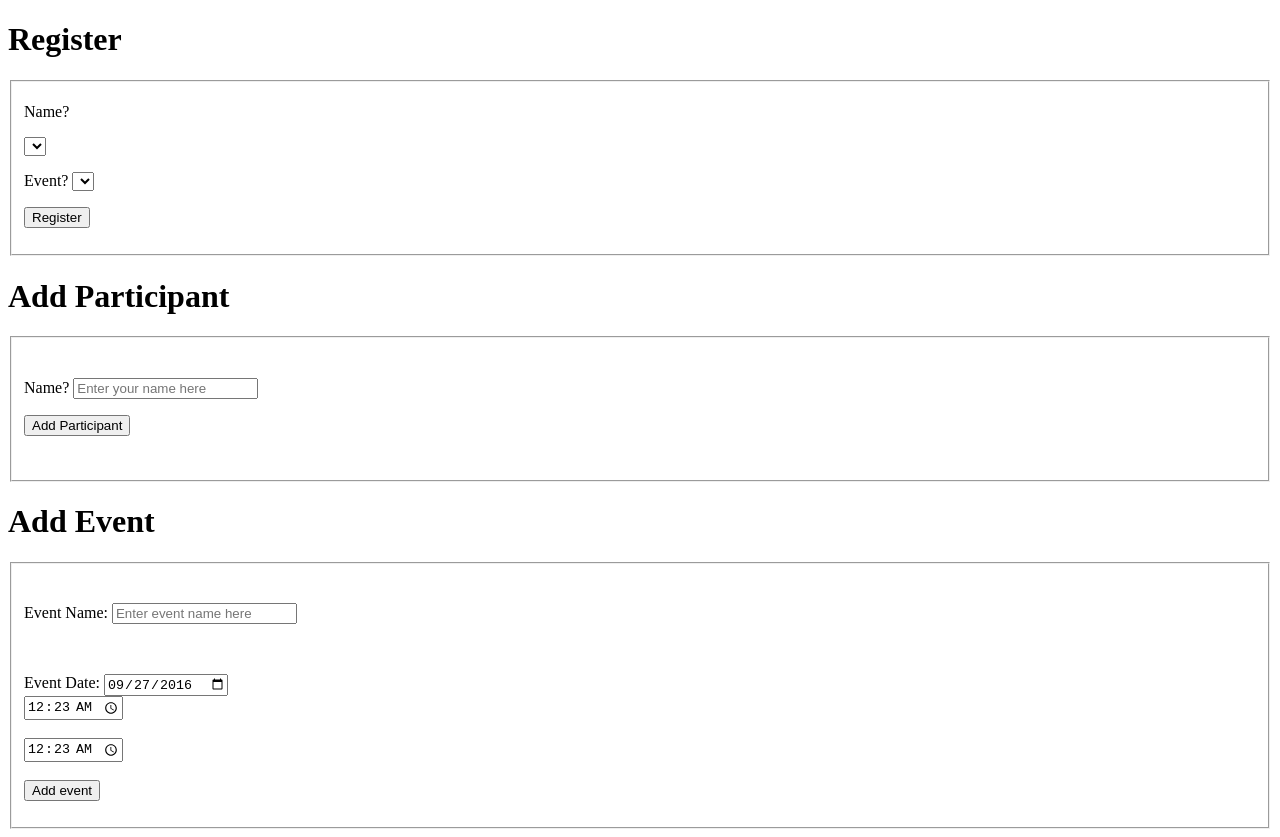
Repository: erickzhao/Event-Registration-Application
Page: http://localhost/
The author's editor kept a copy of each file at every save. The page is drawn from the files as they stood at one save, then again after the next save.
The browser window is 1280 px wide. The pictures show the whole page.
The page is run by PHP 8.4 with error messages shown; the project is at /var/www/html/.

Above is the page before, as saved 2016-09-28 05:14:47.

### workspace-web/EventRegistration/EventRegistration/index.php
<!DOCTYPE html>
<html>
	<head>
		<meta charset="UTF-8">
		<title> Event Registration </title>
		<style>
			.error {color:#FF0000;}
		</style>
	</head>
	<body>
		<?php
			require_once "model/Participant.php";
			require_once "model/Registration.php";
			require_once "model/RegistrationManager.php";
			require_once "model/Event.php";
			require_once "persistence/PersistenceEventRegistration.php";
			session_start();

			//Retreive data from the model
			$pm = new PersistenceEventRegistration();
			$rm = $pm->loadDataFromStore();

			echo "<h1>Register</h1>";
			echo "<form action='register.php' method='post'>";
			echo "<fieldset>";
			echo "<p>Name?</p> <select name='participantspinner'>";
			foreach ($rm->getParticipants() as $participant){
				echo "<option>" . $participant->getName() . "</option>";
			}
			echo "</select><span class='error'>";
			if (isset($_SESSION['errorRegisterParticipant']) && !empty($_SESSION['errorRegisterParticipant'])){
				echo " * " . $_SESSION["errorRegisterParticipant"];
			}
			echo "</span></p>";
			echo "<p>Event? <select name='eventspinner'>";
			foreach ($rm->getEvents() as $event){
				echo "<option>" . $event->getName() . "</option>";
			}
			echo "</select><span class='error'>";
			if (isset($_SESSION['errorRegisterEvent']) && !empty($_SESSION['errorRegisterEvent'])){
				echo " * " . $_SESSION["errorRegisterEvent"];
			}
			echo "</span></p>";
			echo "<p><input type='submit' value='Register'/></p>";
			echo "</fieldset>";
			echo "</form>";
		?>
		<h1> Add Participant </h1>
		<form action = "addparticipant.php" method="post">
			<fieldset>
			<br>
			<p>Name? <input type="text" name="participant_name" placeholder="Enter your name here"/>
			<span class="error">
			<?php
			if (isset($_SESSION['errorParticipantName']) && !empty($_SESSION['errorParticipantName'])){
				echo " * " . $_SESSION["errorParticipantName"];
			}
			?>
			</span></p>
			<p><input type="submit" value="Add Participant"/></p>
			<br>
			</fieldset>
		</form>

		<h1>Add Event</h1>
		<form action = "addevent.php" method="post">
			<fieldset>
			<br>
			<p> Event Name: <input type="text" name="event_name" placeholder="Enter event name here"/><br>
			<span class="error">
			<?php
			if (isset($_SESSION['errorEventName']) && !empty($_SESSION['errorEventName'])){
				echo " * " . $_SESSION["errorEventName"];
			}
			?>
			</span></p>
			<br>
			<p> Event Date: <input type="date" name="event_date" value="<?php echo date('Y-m-d'); ?>" />
			<span class="error">
			<?php
			if (isset($_SESSION['errorEventDate']) && !empty($_SESSION['errorEventDate'])){
				echo " * " . $_SESSION["errorEventDate"];
			}
			?>
			</span>
			<br>
			<input type="time" name="starttime" value="<?php echo date('H:i'); ?>" /> <br>
			<span class="error">
			<?php
			if (isset($_SESSION['errorEventstarttime']) && !empty($_SESSION['errorEventstarttime'])){
				echo " * " . $_SESSION["errorEventstarttime"];
			}
			?>
			</span>
			<br>
			<input type="time" name="endtime" value="<?php echo date('H:i'); ?>" /> <br>
			<span class="error">
			<?php
			if (isset($_SESSION['errorEventendtime']) && !empty($_SESSION['errorEventendtime'])){
				echo " * " . $_SESSION["errorEventendtime"];
			}
			?>
			</span>
			<br>
			<input type="submit" value="Add event">
			<br>
			</fieldset>
		</form>
	</body>
</html>

### workspace-web/EventRegistration/EventRegistration/model/Participant.php
<?php
/*PLEASE DO NOT EDIT THIS CODE*/
/*This code was generated using the UMPLE 1.22.0.5146 modeling language!*/

class Participant
{

  //------------------------
  // MEMBER VARIABLES
  //------------------------

  //Participant Attributes
  private $name;

  //------------------------
  // CONSTRUCTOR
  //------------------------

  public function __construct($aName)
  {
    $this->name = $aName;
  }

  //------------------------
  // INTERFACE
  //------------------------

  public function setName($aName)
  {
    $wasSet = false;
    $this->name = $aName;
    $wasSet = true;
    return $wasSet;
  }

  public function getName()
  {
    return $this->name;
  }

  public function equals($compareTo)
  {
    return $this == $compareTo;
  }

  public function delete()
  {}

}
?>

### workspace-web/EventRegistration/EventRegistration/model/Registration.php
<?php
/*PLEASE DO NOT EDIT THIS CODE*/
/*This code was generated using the UMPLE 1.22.0.5146 modeling language!*/

class Registration
{

  //------------------------
  // STATIC VARIABLES
  //------------------------

  private static $nextId = 1;

  //------------------------
  // MEMBER VARIABLES
  //------------------------

  //Autounique Attributes
  private $id;

  //Registration Associations
  private $participant;
  private $event;

  //------------------------
  // CONSTRUCTOR
  //------------------------

  public function __construct($aParticipant, $aEvent)
  {
    $this->id = self::$nextId++;
    if (!$this->setParticipant($aParticipant))
    {
      throw new Exception("Unable to create Registration due to aParticipant");
    }
    if (!$this->setEvent($aEvent))
    {
      throw new Exception("Unable to create Registration due to aEvent");
    }
  }

  //------------------------
  // INTERFACE
  //------------------------

  public function getId()
  {
    return $this->id;
  }

  public function getParticipant()
  {
    return $this->participant;
  }

  public function getEvent()
  {
    return $this->event;
  }

  public function setParticipant($aNewParticipant)
  {
    $wasSet = false;
    if ($aNewParticipant != null)
    {
      $this->participant = $aNewParticipant;
      $wasSet = true;
    }
    return $wasSet;
  }

  public function setEvent($aNewEvent)
  {
    $wasSet = false;
    if ($aNewEvent != null)
    {
      $this->event = $aNewEvent;
      $wasSet = true;
    }
    return $wasSet;
  }

  public function equals($compareTo)
  {
    return $this == $compareTo;
  }

  public function delete()
  {
    $this->participant = null;
    $this->event = null;
  }

}
?>

### workspace-web/EventRegistration/EventRegistration/model/RegistrationManager.php
<?php
/*PLEASE DO NOT EDIT THIS CODE*/
/*This code was generated using the UMPLE 1.22.0.5146 modeling language!*/

class RegistrationManager
{

  //------------------------
  // STATIC VARIABLES
  //------------------------

  private static $theInstance = null;

  //------------------------
  // MEMBER VARIABLES
  //------------------------

  //RegistrationManager Associations
  private $registrations;
  private $participants;
  private $events;

  //------------------------
  // CONSTRUCTOR
  //------------------------

  private function __construct()
  {
    $this->registrations = array();
    $this->participants = array();
    $this->events = array();
  }

  public static function getInstance()
  {
    if(self::$theInstance == null)
    {
      self::$theInstance = new RegistrationManager();
    }
    return self::$theInstance;
  }

  //------------------------
  // INTERFACE
  //------------------------

  public function getRegistration_index($index)
  {
    $aRegistration = $this->registrations[$index];
    return $aRegistration;
  }

  public function getRegistrations()
  {
    $newRegistrations = $this->registrations;
    return $newRegistrations;
  }

  public function numberOfRegistrations()
  {
    $number = count($this->registrations);
    return $number;
  }

  public function hasRegistrations()
  {
    $has = $this->numberOfRegistrations() > 0;
    return $has;
  }

  public function indexOfRegistration($aRegistration)
  {
    $wasFound = false;
    $index = 0;
    foreach($this->registrations as $registration)
    {
      if ($registration->equals($aRegistration))
      {
        $wasFound = true;
        break;
      }
      $index += 1;
    }
    $index = $wasFound ? $index : -1;
    return $index;
  }

  public function getParticipant_index($index)
  {
    $aParticipant = $this->participants[$index];
    return $aParticipant;
  }

  public function getParticipants()
  {
    $newParticipants = $this->participants;
    return $newParticipants;
  }

  public function numberOfParticipants()
  {
    $number = count($this->participants);
    return $number;
  }

  public function hasParticipants()
  {
    $has = $this->numberOfParticipants() > 0;
    return $has;
  }

  public function indexOfParticipant($aParticipant)
  {
    $wasFound = false;
    $index = 0;
    foreach($this->participants as $participant)
    {
      if ($participant->equals($aParticipant))
      {
        $wasFound = true;
        break;
      }
      $index += 1;
    }
    $index = $wasFound ? $index : -1;
    return $index;
  }

  public function getEvent_index($index)
  {
    $aEvent = $this->events[$index];
    return $aEvent;
  }

  public function getEvents()
  {
    $newEvents = $this->events;
    return $newEvents;
  }

  public function numberOfEvents()
  {
    $number = count($this->events);
    return $number;
  }

  public function hasEvents()
  {
    $has = $this->numberOfEvents() > 0;
    return $has;
  }

  public function indexOfEvent($aEvent)
  {
    $wasFound = false;
    $index = 0;
    foreach($this->events as $event)
    {
      if ($event->equals($aEvent))
      {
        $wasFound = true;
        break;
      }
      $index += 1;
    }
    $index = $wasFound ? $index : -1;
    return $index;
  }

  public static function minimumNumberOfRegistrations()
  {
    return 0;
  }

  public function addRegistration($aRegistration)
  {
    $wasAdded = false;
    if ($this->indexOfRegistration($aRegistration) !== -1) { return false; }
    $this->registrations[] = $aRegistration;
    $wasAdded = true;
    return $wasAdded;
  }

  public function removeRegistration($aRegistration)
  {
    $wasRemoved = false;
    if ($this->indexOfRegistration($aRegistration) != -1)
    {
      unset($this->registrations[$this->indexOfRegistration($aRegistration)]);
      $this->registrations = array_values($this->registrations);
      $wasRemoved = true;
    }
    return $wasRemoved;
  }

  public function addRegistrationAt($aRegistration, $index)
  {
    $wasAdded = false;
    if($this->addRegistration($aRegistration))
    {
      if($index < 0 ) { $index = 0; }
      if($index > $this->numberOfRegistrations()) { $index = $this->numberOfRegistrations() - 1; }
      array_splice($this->registrations, $this->indexOfRegistration($aRegistration), 1);
      array_splice($this->registrations, $index, 0, array($aRegistration));
      $wasAdded = true;
    }
    return $wasAdded;
  }

  public function addOrMoveRegistrationAt($aRegistration, $index)
  {
    $wasAdded = false;
    if($this->indexOfRegistration($aRegistration) !== -1)
    {
      if($index < 0 ) { $index = 0; }
      if($index > $this->numberOfRegistrations()) { $index = $this->numberOfRegistrations() - 1; }
      array_splice($this->registrations, $this->indexOfRegistration($aRegistration), 1);
      array_splice($this->registrations, $index, 0, array($aRegistration));
      $wasAdded = true;
    }
    else
    {
      $wasAdded = $this->addRegistrationAt($aRegistration, $index);
    }
    return $wasAdded;
  }

  public static function minimumNumberOfParticipants()
  {
    return 0;
  }

  public function addParticipant($aParticipant)
  {
    $wasAdded = false;
    if ($this->indexOfParticipant($aParticipant) !== -1) { return false; }
    $this->participants[] = $aParticipant;
    $wasAdded = true;
    return $wasAdded;
  }

  public function removeParticipant($aParticipant)
  {
    $wasRemoved = false;
    if ($this->indexOfParticipant($aParticipant) != -1)
    {
      unset($this->participants[$this->indexOfParticipant($aParticipant)]);
      $this->participants = array_values($this->participants);
      $wasRemoved = true;
    }
    return $wasRemoved;
  }

  public function addParticipantAt($aParticipant, $index)
  {
    $wasAdded = false;
    if($this->addParticipant($aParticipant))
    {
      if($index < 0 ) { $index = 0; }
      if($index > $this->numberOfParticipants()) { $index = $this->numberOfParticipants() - 1; }
      array_splice($this->participants, $this->indexOfParticipant($aParticipant), 1);
      array_splice($this->participants, $index, 0, array($aParticipant));
      $wasAdded = true;
    }
    return $wasAdded;
  }

  public function addOrMoveParticipantAt($aParticipant, $index)
  {
    $wasAdded = false;
    if($this->indexOfParticipant($aParticipant) !== -1)
    {
      if($index < 0 ) { $index = 0; }
      if($index > $this->numberOfParticipants()) { $index = $this->numberOfParticipants() - 1; }
      array_splice($this->participants, $this->indexOfParticipant($aParticipant), 1);
      array_splice($this->participants, $index, 0, array($aParticipant));
      $wasAdded = true;
    }
    else
    {
      $wasAdded = $this->addParticipantAt($aParticipant, $index);
    }
    return $wasAdded;
  }

  public static function minimumNumberOfEvents()
  {
    return 0;
  }

  public function addEvent($aEvent)
  {
    $wasAdded = false;
    if ($this->indexOfEvent($aEvent) !== -1) { return false; }
    $this->events[] = $aEvent;
    $wasAdded = true;
    return $wasAdded;
  }

  public function removeEvent($aEvent)
  {
    $wasRemoved = false;
    if ($this->indexOfEvent($aEvent) != -1)
    {
      unset($this->events[$this->indexOfEvent($aEvent)]);
      $this->events = array_values($this->events);
      $wasRemoved = true;
    }
    return $wasRemoved;
  }

  public function addEventAt($aEvent, $index)
  {
    $wasAdded = false;
    if($this->addEvent($aEvent))
    {
      if($index < 0 ) { $index = 0; }
      if($index > $this->numberOfEvents()) { $index = $this->numberOfEvents() - 1; }
      array_splice($this->events, $this->indexOfEvent($aEvent), 1);
      array_splice($this->events, $index, 0, array($aEvent));
      $wasAdded = true;
    }
    return $wasAdded;
  }

  public function addOrMoveEventAt($aEvent, $index)
  {
    $wasAdded = false;
    if($this->indexOfEvent($aEvent) !== -1)
    {
      if($index < 0 ) { $index = 0; }
      if($index > $this->numberOfEvents()) { $index = $this->numberOfEvents() - 1; }
      array_splice($this->events, $this->indexOfEvent($aEvent), 1);
      array_splice($this->events, $index, 0, array($aEvent));
      $wasAdded = true;
    }
    else
    {
      $wasAdded = $this->addEventAt($aEvent, $index);
    }
    return $wasAdded;
  }

  public function equals($compareTo)
  {
    return $this == $compareTo;
  }

  public function delete()
  {
    $this->registrations = array();
    $this->participants = array();
    $this->events = array();
  }

}
?>

### workspace-web/EventRegistration/EventRegistration/model/Event.php
<?php
/*PLEASE DO NOT EDIT THIS CODE*/
/*This code was generated using the UMPLE 1.22.0.5146 modeling language!*/

class Event
{

  //------------------------
  // MEMBER VARIABLES
  //------------------------

  //Event Attributes
  private $name;
  private $eventDate;
  private $startTime;
  private $endTime;

  //------------------------
  // CONSTRUCTOR
  //------------------------

  public function __construct($aName, $aEventDate, $aStartTime, $aEndTime)
  {
    $this->name = $aName;
    $this->eventDate = $aEventDate;
    $this->startTime = $aStartTime;
    $this->endTime = $aEndTime;
  }

  //------------------------
  // INTERFACE
  //------------------------

  public function setName($aName)
  {
    $wasSet = false;
    $this->name = $aName;
    $wasSet = true;
    return $wasSet;
  }

  public function setEventDate($aEventDate)
  {
    $wasSet = false;
    $this->eventDate = $aEventDate;
    $wasSet = true;
    return $wasSet;
  }

  public function setStartTime($aStartTime)
  {
    $wasSet = false;
    $this->startTime = $aStartTime;
    $wasSet = true;
    return $wasSet;
  }

  public function setEndTime($aEndTime)
  {
    $wasSet = false;
    $this->endTime = $aEndTime;
    $wasSet = true;
    return $wasSet;
  }

  public function getName()
  {
    return $this->name;
  }

  public function getEventDate()
  {
    return $this->eventDate;
  }

  public function getStartTime()
  {
    return $this->startTime;
  }

  public function getEndTime()
  {
    return $this->endTime;
  }

  public function equals($compareTo)
  {
    return $this == $compareTo;
  }

  public function delete()
  {}

}
?>

### workspace-web/EventRegistration/EventRegistration/persistence/PersistenceEventRegistration.php
<?php
class PersistenceEventRegistration{
	private $filename;

	function __construc($filename = 'data.txt'){
		$this->filename = $filename;
	}

	function loadDataFromStore(){
		if (file_exists($this->filename)){
			$str = file_get_contents($this->filename);
			$rm = unserialize($str);
		} else {
			$rm = RegistrationManager::getInstance();
		}
		return $rm;
	}

	function writeDataToStore($rm){
		$str = serialize($rm);
		file_put_contents($this->filename, $str);
	}
}
?>

After the next save:
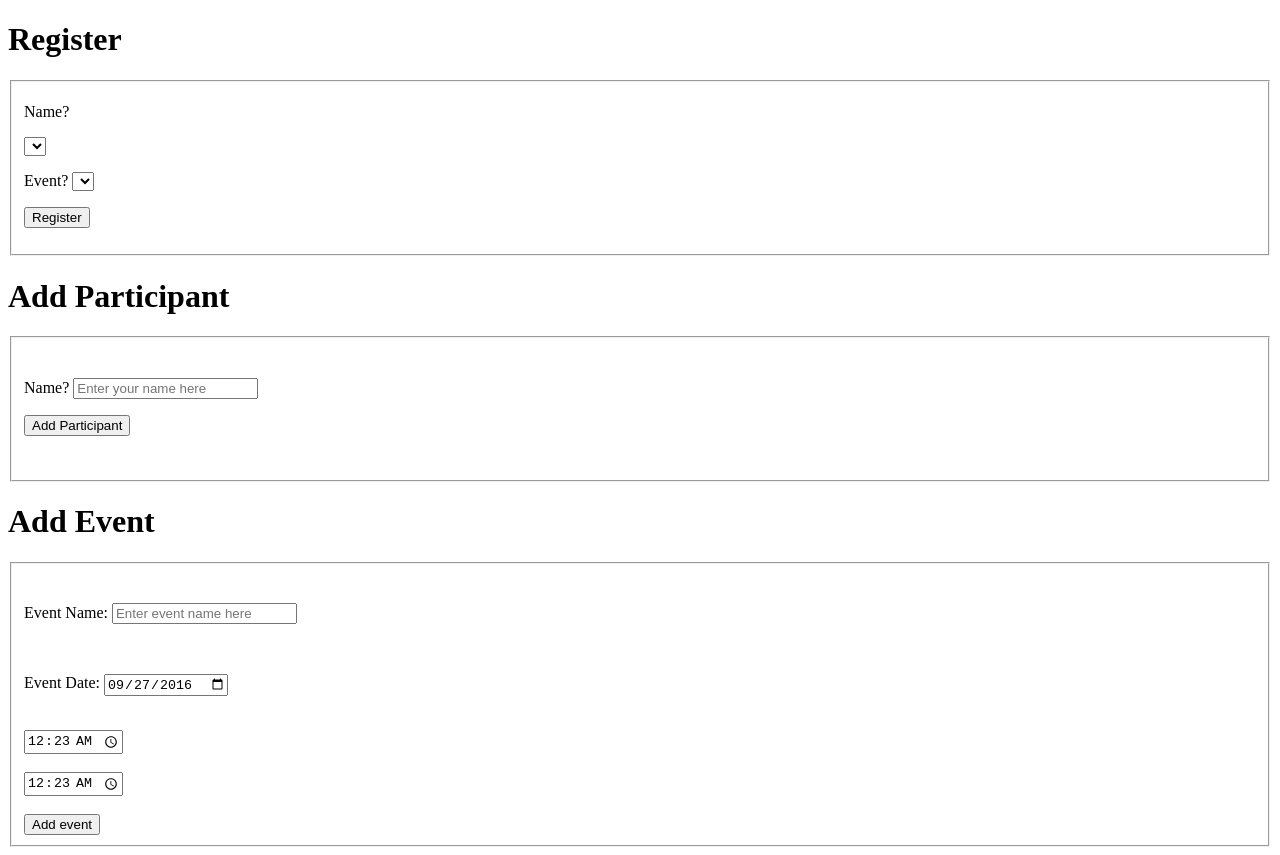
Saved 6 s later.
--- a/workspace-web/EventRegistration/EventRegistration/index.php
+++ b/workspace-web/EventRegistration/EventRegistration/index.php
@@ -82,7 +82,7 @@
 				echo " * " . $_SESSION["errorEventDate"];
 			}
 			?>
-			</span>
+			</span></p>
 			<br>
 			<input type="time" name="starttime" value="<?php echo date('H:i'); ?>" /> <br>
 			<span class="error">
